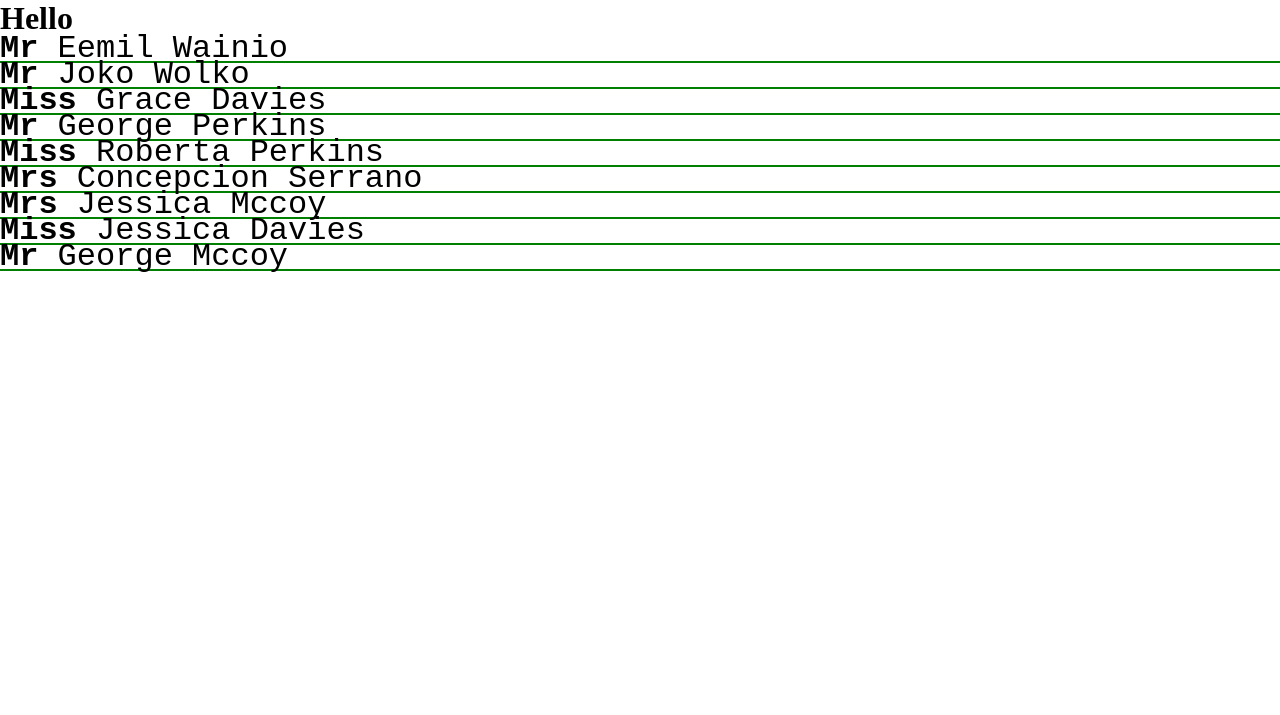
Repository: KrzysKolo/sr_tydzien5_zad4
Page: /
An editor plug-in stored every save of this project. The page is shown before and after a run of saves, followed by the edit.
The browser window is 1280 px wide. The pictures show the whole page.
The project was rebuilt for these pictures with package versions that can differ from the ones it lists, and the page was loaded fresh each time.

Above is the page before, as saved 2021-01-03 04:54:58.

### public/index.html
<!DOCTYPE html>
<html lang="en">
  <head>
    <meta charset="utf-8" />
    <link rel="icon" href="%PUBLIC_URL%/favicon.ico" />
    <meta name="viewport" content="width=device-width, initial-scale=1" />
    <meta name="theme-color" content="#000000" />
    <meta
      name="description"
      content="Web site created using create-react-app"
    />
    <link rel="apple-touch-icon" href="%PUBLIC_URL%/logo192.png" />
    <!--
      manifest.json provides metadata used when your web app is installed on a
      user's mobile device or desktop. See https://developers.google.com/web/fundamentals/web-app-manifest/
    -->
    <link rel="manifest" href="%PUBLIC_URL%/manifest.json" />
    <!--
      Notice the use of %PUBLIC_URL% in the tags above.
      It will be replaced with the URL of the `public` folder during the build.
      Only files inside the `public` folder can be referenced from the HTML.

      Unlike "/favicon.ico" or "favicon.ico", "%PUBLIC_URL%/favicon.ico" will
      work correctly both with client-side routing and a non-root public URL.
      Learn how to configure a non-root public URL by running `npm run build`.
    -->
    <title>User search</title>
  </head>
  <body>
    <noscript>You need to enable JavaScript to run this app.</noscript>
    <div id="root"></div>
    <!--
      This HTML file is a template.
      If you open it directly in the browser, you will see an empty page.

      You can add webfonts, meta tags, or analytics to this file.
      The build step will place the bundled scripts into the <body> tag.

      To begin the development, run `npm start` or `yarn start`.
      To create a production bundle, use `npm run build` or `yarn build`.
    -->
  </body>
</html>

### src/App.js
import React from 'react';
import UsersContainer from './components/UsersContainer';
import './App.css';


const App = () => {

  return (
    <>
      <h1>Hello</h1>
      <UsersContainer/>
    </>
  )
}

export default App;

### src/components/UsersContainer.js
import React, { useState, useEffect } from 'react';


const UsersContainer = () => {

  const UsersAPI = '/users.json';

  const [ users, setUsers ] = useState([]);

  useEffect(() => {

    fetch(UsersAPI)
      .then(res => res.json())
      .then(data => {
        console.log(data.users);
        setUsers(data.users);
      })
    }, []);

    const user = users.map(user => (
      <li className="user" key={user.id}><b>{user.title}</b> {user.first} {user.last}</li>
    ))
    return (
        <ul>
					{user}
        </ul>
    )
}

export default UsersContainer;

### src/App.css
* {
  box-sizing: border-box;
  padding: 0;
  margin: 0;
}
.user {
  font-size: 2rem;
  font-family: "Courier New", Courier, monospace;
  line-height: 24px;
  border-bottom: 2px solid green;
}

### public/users.json
{
    "users": [
      {
        "id": 1,
        "title": "Mr",
        "first": "Eemil",
        "last": "Wainio"
       },
      {
        "id": 2,
        "title": "Mr",
        "first": "Joko",
        "last": "Wolko"
      },
      {
        "id": 3,
        "title": "Miss",
        "first": "Grace",
        "last": "Davies"
      },
      {
        "id": 4,
        "title": "Mr ",
        "first": "George ",
        "last": "Perkins"
      },
      {
        "id": 5,
        "title": "Miss",
        "first": "Roberta ",
        "last": "Perkins"
      },
      {
        "id": 6,
        "title": "Mrs ",
        "first": "Concepcion ",
        "last": "Serrano"
      },
      {
        "id": 7,
        "title": "Mrs ",
        "first": "Jessica ",
        "last": "Mccoy"
      },
      {
        "id": 8,
        "title": "Miss",
        "first": "Jessica",
        "last": "Davies"
      },
      {
        "id": 9,
        "title": "Mr",
        "first": "George",
        "last": "Mccoy"
      }
    ]
  }

Loaded but not shown: src/index.js (common file)

After the next 2 saves:
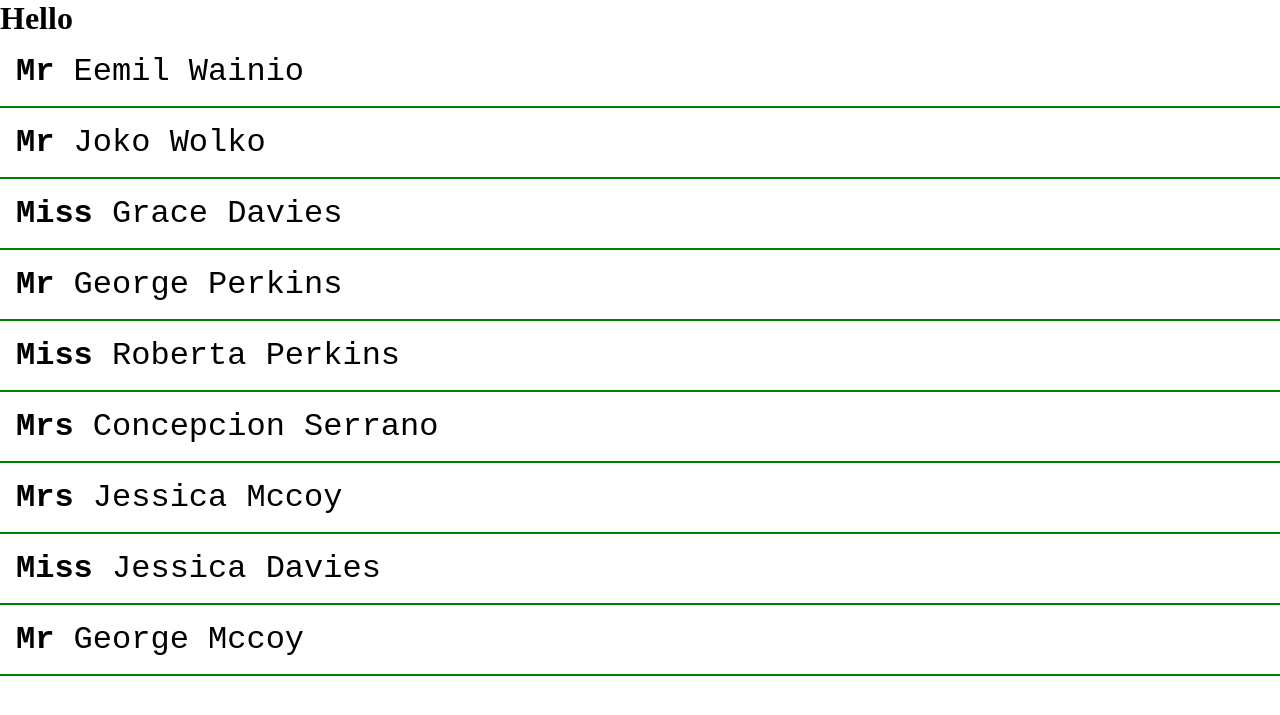
The 2 saves are shown as one change because 1 did not build or start.
The last was saved 27 s later.
--- a/src/App.css
+++ b/src/App.css
@@ -6,6 +6,6 @@
 .user {
   font-size: 2rem;
   font-family: "Courier New", Courier, monospace;
-  line-height: 24px;
+  padding: 1rem;
   border-bottom: 2px solid green;
 }
